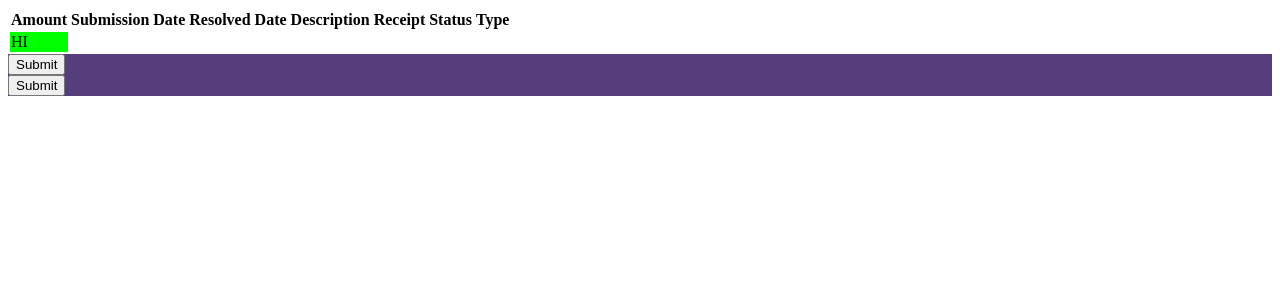
Repository: AlexHajek93/Workspace
Page: http://localhost/ERS_Web/Test.jsp
These files come from the project's save history. The page is drawn as it stood at one moment and after the next save; the edit follows.
The browser window is 1280 px wide. The pictures show the whole page.
The page is served by Tomcat 9. Other server files are loaded and not shown.

Above is the page before, as saved 2016-08-11 23:29:24.

### ERS_Web/WebContent/Test.jsp
<%@ page language="java" contentType="text/html; charset=ISO-8859-1"
    pageEncoding="ISO-8859-1"%>
<!DOCTYPE html PUBLIC "-//W3C//DTD HTML 4.01 Transitional//EN" "http://www.w3.org/TR/html4/loose.dtd">
<html>
<head>
<meta http-equiv="Content-Type" content="text/html; charset=ISO-8859-1">
<title>Insert title here</title>
</head>
<body>
	<table class="table">
		<tr style=""><th>Amount</th>
		<th>Submission Date</th>
		<th>Resolved Date</th>
		<th>Description</th>
		<th>Receipt</th>
		<th>Status</th>
		<th>Type</th></tr>
		<tr style="background-color:lime;"><td>HI</td></tr>
	</table>
	<form action="test.do" method="post" style="color:#fff; background-color: #563d7c; border-color: #563d7c;"><input type="submit"/></form>
	<form action="test.do" method="post" style="color:#fff; background-color: #563d7c; border-color: #563d7c;"><input type="submit"/></form>
</body>
</html>

After the next save:
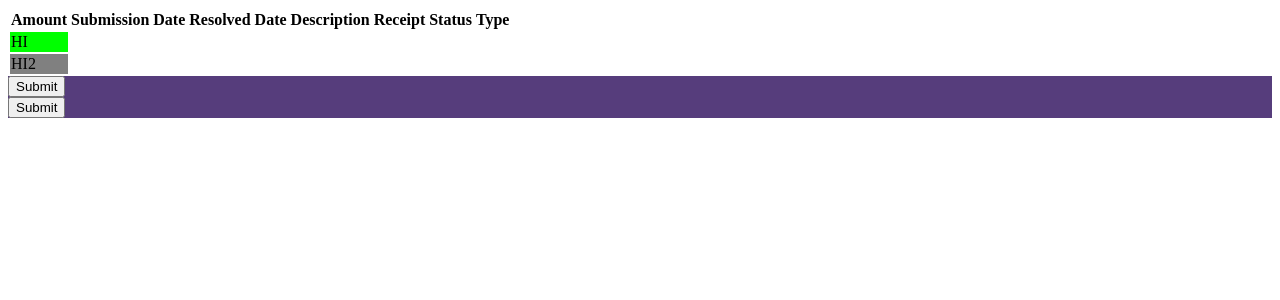
Saved 62 s later.
--- a/ERS_Web/WebContent/Test.jsp
+++ b/ERS_Web/WebContent/Test.jsp
@@ -16,6 +16,7 @@
 		<th>Status</th>
 		<th>Type</th></tr>
 		<tr style="background-color:lime;"><td>HI</td></tr>
+		<tr style="background-color:gray;"><td>HI2</td></tr>
 	</table>
 	<form action="test.do" method="post" style="color:#fff; background-color: #563d7c; border-color: #563d7c;"><input type="submit"/></form>
 	<form action="test.do" method="post" style="color:#fff; background-color: #563d7c; border-color: #563d7c;"><input type="submit"/></form>
